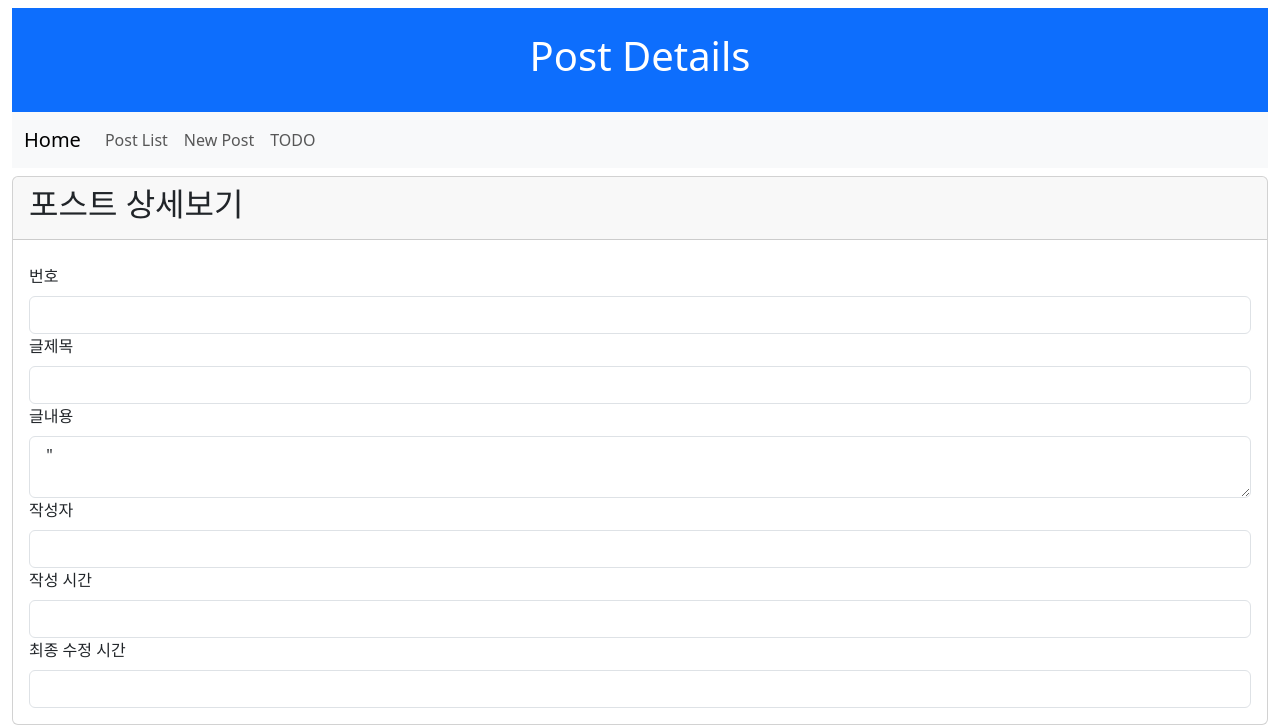
Repository: ldj0905/javaproject
Page: http://localhost/lab05_jsp/WEB-INF/views/post/modify.jsp
The author's editor kept a copy of each file at every save. The page is drawn from the files as they stood at one save, then again after the next save.
The browser window is 1280 px wide. The pictures show the whole page.
The page is served by Tomcat 10. Nobody is signed in. Other server files are loaded and not shown. The template is opened directly, without the code that normally fills it, so the values that code supplies are empty.

Above is the page before, as saved 2024-05-29 07:37:16.

### lab05_jsp/src/main/webapp/WEB-INF/views/post/modify.jsp
<%@ page language="java" contentType="text/html; charset=UTF-8"
    pageEncoding="UTF-8" trimDirectiveWhitespaces="true"%>
<%@ taglib prefix="c" uri="jakarta.tags.core"%>
<!DOCTYPE html>
<html>
<head>
<meta charset="UTF-8">
<meta name="viewport" content="width=device-width, initial-scale=1">
<title>lab05</title>
<link
    href="https://cdn.jsdelivr.net/npm/bootstrap@5.3.3/dist/css/bootstrap.min.css"
    rel="stylesheet"
    integrity="sha384-QWTKZyjpPEjISv5WaRU9OFeRpok6YctnYmDr5pNlyT2bRjXh0JMhjY6hW+ALEwIH"
    crossorigin="anonymous">
</head>
<body>
    <div class="container-fluid">
        <c:set var="pageTitle" value="Post Details" />
        <%-- scope의 기본값은 page(무슨말이지) --%>
        <%@ include file="../fragments/header.jspf"%>

        <main>
            <div class="mt-2 card">
                <div class="card-header">
                    <h2>포스트 상세보기</h2>
                </div>
                <div class="card-body">
                    <form>
                        <div class="mt-2">
                            <label for="id" class="form-label">번호</label>
                            <input id="id" class="form-control"
                                type="text" value="${post.id}" readonly />
                        </div>
                        <div>
                            <label for="title" class="form-label">글제목</label>
                            <input id="title" class="form-control"
                                type="text" value="${post.title}"
                                readonly />
                        </div>
                        <div >
                            <label for="content" class="form-label" >글내용</label>
                            <textarea id="content" class="form-control"
                                readonly> ${post.content}" </textarea>
                        </div>
                        <div>
                            <label for="author" class="form-label">작성자</label>
                            <input id="author" class="form-control"
                                type="text" value="${post.author}"
                                readonly />
                        </div>
                        <div>
                            <label for="createdTime" class="form-label">작성
                                시간</label> <input id="createdTime"
                                class="form-control" type="text"
                                value="${post.createdTime}" readonly />
                        </div>
                        <div>
                            <label for="modifiedTime" class="form-label">최종
                                수정 시간</label> <input id="modifiedTime"
                                class="form-control" type="text"
                                value="${post.modifiedTime}" readonly />
                        </div>
                    </form>
                </div>
                <div class ="card-footer>

                </div>
            </div>
        </main>
    </div>


    <script
        src="https://cdn.jsdelivr.net/npm/bootstrap@5.3.3/dist/js/bootstrap.bundle.min.js"
        integrity="sha384-YvpcrYf0tY3lHB60NNkmXc5s9fDVZLESaAA55NDzOxhy9GkcIdslK1eN7N6jIeHz"
        crossorigin="anonymous"></script>
</body>
</html>

### lab05_jsp/src/main/webapp/WEB-INF/views/fragments/header.jspf
<%@ page language="java" contentType="text/html; charset=UTF-8"
    pageEncoding="UTF-8" trimDirectiveWhitespaces="true"%>
<%@ taglib prefix="c" uri="jakarta.tags.core" %>

<header class="mt-2 p-4 bg-primary text-white text-center">
    <h1>${pageTitle}</h1>
</header>

<nav class="navbar navbar-expand-lg bg-body-tertiary">
    <div class="container-fluid">
        <c:url var="homePage" value="/" />
        <a class="navbar-brand" href="${homePage}">Home</a>
        <button class="navbar-toggler" type="button"
            data-bs-toggle="collapse" data-bs-target="#navbarNav"
            aria-controls="navbarNav" aria-expanded="false"
            aria-label="Toggle navigation">
            <span class="navbar-toggler-icon"></span>
        </button>
        <div class="collapse navbar-collapse" id="navbarNav">
            <ul class="navbar-nav">
                <li class="nav-item">
                    <c:url var="postListPage" value="/post/list" />
                    <a class="nav-link" href="${postListPage}">Post List</a>
                </li>
                <li class="nav-item">
                    <c:url var="newPostPage" value="/post/create" />
                    <a class="nav-link" href="${newPostPage}">New Post</a>
                </li>
                <li class="nav-item">
                    <a class="nav-link" href="#">TODO</a>
                </li>
            </ul>
        </div>
    </div>
</nav>

After the next save:
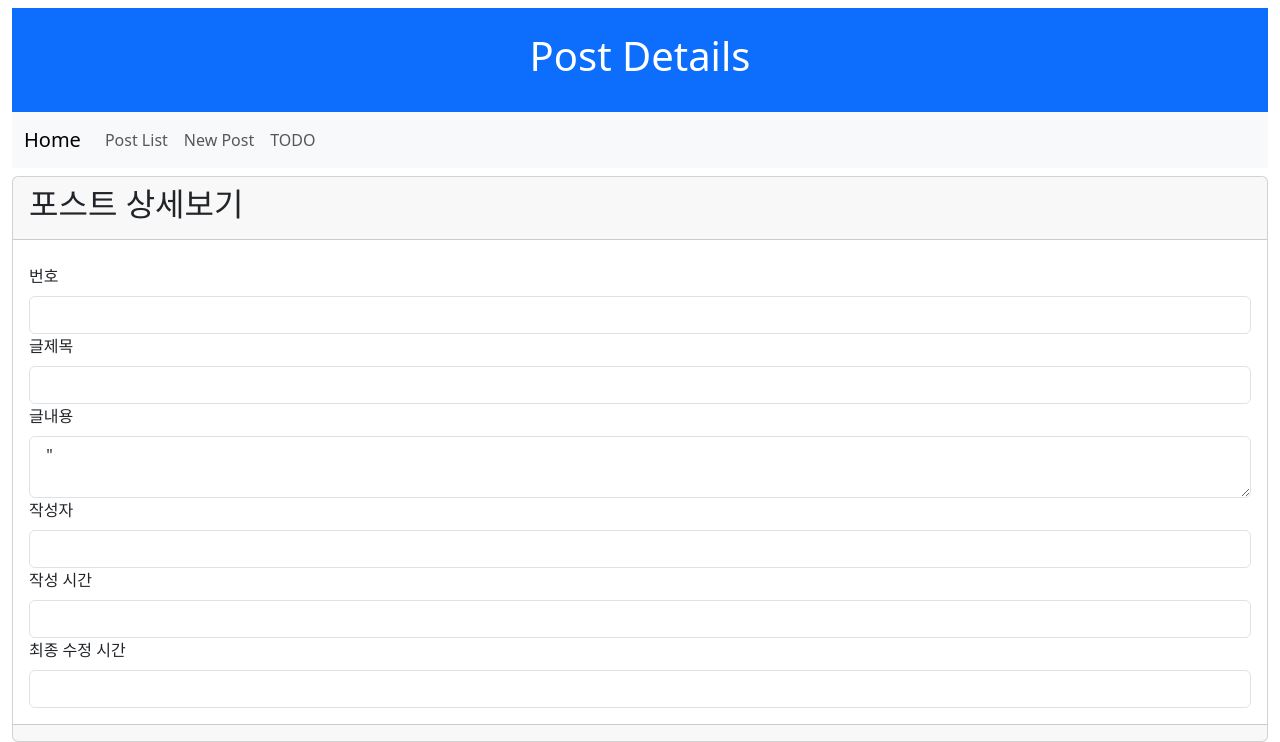
Saved 3 s later.
--- a/lab05_jsp/src/main/webapp/WEB-INF/views/post/modify.jsp
+++ b/lab05_jsp/src/main/webapp/WEB-INF/views/post/modify.jsp
@@ -62,7 +62,7 @@
                         </div>
                     </form>
                 </div>
-                <div class ="card-footer>
+                <div class ="card-footer">
 
                 </div>
             </div>
